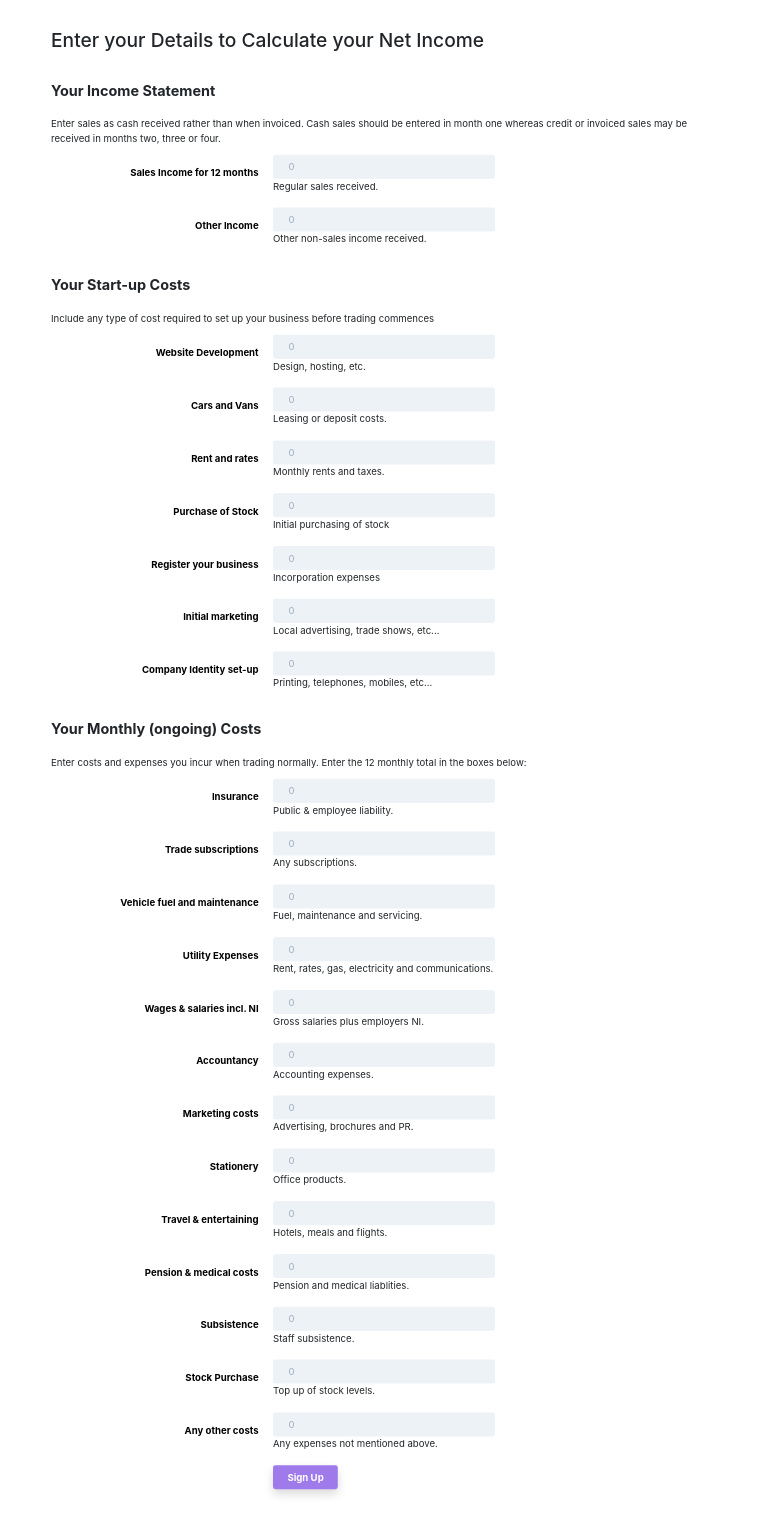
Repository: latenightsnacc/Financial-Forecast
Page: financial-forecast.html
An editor plug-in stored every save of this project. The page is shown before and after the next save, followed by the edit.
The browser window is 1280 px wide. The pictures show the whole page, at 60% of full size.

Above is the page before, as saved 2020-11-15 19:05:51.

### financial-forecast.html
<!DOCTYPE html>
<html lang="en">
<head>
    <meta charset="UTF-8">
    <meta name="viewport" content="width=device-width, initial-scale=1.0">
    <!--Tailwind CDN-->
    <link rel="stylesheet" href="https://cdnjs.cloudflare.com/ajax/libs/tailwindcss/1.9.6/base.min.css" integrity="sha512-hEjkvMSM0ql6VJcNK0gTmjt9ar8F2yHeBUbJKtyvQhkkbGMhiJ4+MaiB8XxsthLAHJx5vy2I9dN0un8HiWG2LA==" crossorigin="anonymous" />
    <link rel="stylesheet" href="https://cdnjs.cloudflare.com/ajax/libs/tailwindcss/1.9.6/components.min.css" integrity="sha512-TizAONqhvXjEfRPhptSUkZNVU497PzAnXNGNUoeOjeni4dHpJ+ak+ZsyoGna20LH/yg1PvdufN1VbnVQeVDftg==" crossorigin="anonymous" />
    <link rel="stylesheet" href="https://cdnjs.cloudflare.com/ajax/libs/tailwindcss/1.9.6/tailwind.css" integrity="sha512-HY1FOTeAX9idUBWDhVDrBg8QUHBisKVQ4BCVj1jFo5z76mk87w4Rr5YGP8nBkcGmoMzqYvdeXHMOg/olF45z3g==" crossorigin="anonymous" />
    <link rel="stylesheet" href="https://cdnjs.cloudflare.com/ajax/libs/tailwindcss/1.9.6/utilities.min.css" integrity="sha512-0QJfuLKyYJWGB5hKArJW67xqMLDlR8YaLM/ZuW2mRn4NRwHNsGm7UuREc5Fu7jONHyewPKnGODY0N8G+FQbfxg==" crossorigin="anonymous" />
    <!--Bootstrap CDN-->
    <link rel="stylesheet" href="https://cdn.jsdelivr.net/npm/bootstrap@4.5.3/dist/css/bootstrap.min.css" integrity="sha384-TX8t27EcRE3e/ihU7zmQxVncDAy5uIKz4rEkgIXeMed4M0jlfIDPvg6uqKI2xXr2" crossorigin="anonymous">
    <title>Financial Forecast |Resaads Consults - Think Millenial</title>
</head>
<body class="bg-black">
    <div class="container">
        <!--Navigation-->
    </div>
    <div class="wrapper py-5 bg-white">
        <div class="container">
            <h2 class="title">Enter your Details to Calculate your Net Income</h2>
        </div>
        <div class="container">
            <!--FORM-->
            <form class="w-full max-w-none">
            <!--NET INCOME-->
                <div class="font-bold text-2xl mt-5 mb-6">Your Income Statement</div>
                <p>Enter sales as cash received rather than when invoiced. Cash sales should be entered in month one whereas credit or invoiced sales may be received in months two, three or four.</p>
                <!--Sales Income-->
                <div class="md:flex md:items-center mb-6">
                  <div class="md:w-1/3">
                    <label class="block text-black font-bold md:text-right mb-1 md:mb-0 pr-4" for="inline-full-name" placeholder="0">
                      Sales Income for 12 months
                    </label>
                  </div>
                  <div class="md:w-1/3">
                    <input class="bg-gray-200 appearance-none border-2 border-gray-200 rounded w-full py-2 px-4 text-gray-700 leading-tight focus:outline-none focus:bg-white focus:border-grey-500" id="inline-full-name" type="text" placeholder="0">
                    <span class="eg">Regular sales received.</span>
                </div>
                </div>
                <!--Other Income-->
                <div class="md:flex md:items-center mb-6">
                    <div class="md:w-1/3">
                      <label class="block text-black font-bold md:text-right mb-1 md:mb-0 pr-4" for="inline-full-name" placeholder="0">
                        Other Income
                      </label>
                    </div>
                    <div class="md:w-1/3">
                      <input class="bg-gray-200 appearance-none border-2 border-gray-200 rounded w-full py-2 px-4 text-gray-700 leading-tight focus:outline-none focus:bg-white focus:border-grey-500" id="inline-full-name" type="text" placeholder="0">
                      <span class="eg">Other non-sales income received.</span>
                    </div>
                </div>
            <!--STARTUP COSTS-->
                <div class="title font-bold text-2xl mt-5 mb-6">Your Start-up Costs</div>
                <p>Include any type of cost required to set up your business before trading commences</p>
                <!--Website Development-->
                <div class="md:flex md:items-center mb-6">
                    <div class="md:w-1/3">
                        <label class="block text-black font-bold md:text-right mb-1 md:mb-0 pr-4" for="inline-full-name" placeholder="0">
                            Website Development
                        </label>
                    </div>
                    <div class="md:w-1/3">
                        <input class="bg-gray-200 appearance-none border-2 border-gray-200 rounded w-full py-2 px-4 text-gray-700 leading-tight focus:outline-none focus:bg-white focus:border-grey-500" id="inline-full-name" type="text" placeholder="0">
                        <span class="eg">Design, hosting, etc.</span>
                    </div>
                </div>
                <!--Website Development-->
                <div class="md:flex md:items-center mb-6">
                    <div class="md:w-1/3">
                        <label class="block text-black font-bold md:text-right mb-1 md:mb-0 pr-4" for="inline-full-name" placeholder="0">
                            Cars and Vans
                        </label>
                    </div>
                    <div class="md:w-1/3">
                        <input class="bg-gray-200 appearance-none border-2 border-gray-200 rounded w-full py-2 px-4 text-gray-700 leading-tight focus:outline-none focus:bg-white focus:border-grey-500" id="inline-full-name" type="text" placeholder="0">
                        <span class="eg">Leasing or deposit costs.</span>
                    </div>
                </div>
                <!--Website Development-->
                <div class="md:flex md:items-center mb-6">
                    <div class="md:w-1/3">
                        <label class="block text-black font-bold md:text-right mb-1 md:mb-0 pr-4" for="inline-full-name" placeholder="0">
                            Rent and rates
                        </label>
                    </div>
                    <div class="md:w-1/3">
                        <input class="bg-gray-200 appearance-none border-2 border-gray-200 rounded w-full py-2 px-4 text-gray-700 leading-tight focus:outline-none focus:bg-white focus:border-grey-500" id="inline-full-name" type="text" placeholder="0">
                        <span class="eg">Monthly rents and taxes.</span>
                    </div>

                </div>
                <!--Website Development-->
                <div class="md:flex md:items-center mb-6">
                    <div class="md:w-1/3">
                        <label class="block text-black font-bold md:text-right mb-1 md:mb-0 pr-4" for="inline-full-name" placeholder="0">
                            Purchase of Stock
                        </label>
                    </div>
                    <div class="md:w-1/3">
                        <input class="bg-gray-200 appearance-none border-2 border-gray-200 rounded w-full py-2 px-4 text-gray-700 leading-tight focus:outline-none focus:bg-white focus:border-grey-500" id="inline-full-name" type="text" placeholder="0">
                        <span class="eg">Initial purchasing of stock</span>
                    </div>

                </div>
                <!--Website Development-->
                <div class="md:flex md:items-center mb-6">
                    <div class="md:w-1/3">
                        <label class="block text-black font-bold md:text-right mb-1 md:mb-0 pr-4" for="inline-full-name" placeholder="0">
                            Register your business
                        </label>
                    </div>
                    <div class="md:w-1/3">
                        <input class="bg-gray-200 appearance-none border-2 border-gray-200 rounded w-full py-2 px-4 text-gray-700 leading-tight focus:outline-none focus:bg-white focus:border-grey-500" id="inline-full-name" type="text" placeholder="0">
                        <span class="eg">Incorporation expenses</span>
                    </div>

                </div>
                <!--Website Development-->
                <div class="md:flex md:items-center mb-6">
                    <div class="md:w-1/3">
                        <label class="block text-black font-bold md:text-right mb-1 md:mb-0 pr-4" for="inline-full-name" placeholder="0">
                            Initial marketing
                        </label>
                    </div>
                    <div class="md:w-1/3">
                        <input class="bg-gray-200 appearance-none border-2 border-gray-200 rounded w-full py-2 px-4 text-gray-700 leading-tight focus:outline-none focus:bg-white focus:border-grey-500" id="inline-full-name" type="text" placeholder="0">
                        <span class="eg">Local advertising, trade shows, etc...</span>
                    </div>
                </div>
                <!--Website Development-->
                <div class="md:flex md:items-center mb-6">
                    <div class="md:w-1/3">
                        <label class="block text-black font-bold md:text-right mb-1 md:mb-0 pr-4" for="inline-full-name" placeholder="0">
                            Company Identity set-up
                        </label>
                    </div>
                    <div class="md:w-1/3">
                        <input class="bg-gray-200 appearance-none border-2 border-gray-200 rounded w-full py-2 px-4 text-gray-700 leading-tight focus:outline-none focus:bg-white focus:border-grey-500" id="inline-full-name" type="text" placeholder="0">
                        <span class="eg">Printing, telephones, mobiles, etc...</span>
                    </div>
                </div>
            <!--MONTHLY COSTS-->
                <div class="title font-bold text-2xl mt-5 mb-6">Your Monthly (ongoing) Costs</div>
                <p>Enter costs and expenses you incur when trading normally. Enter the 12 monthly total in the boxes below:</p>
                <!--Website Development-->
                <div class="md:flex md:items-center mb-6">
                    <div class="md:w-1/3">
                        <label class="block text-black font-bold md:text-right mb-1 md:mb-0 pr-4" for="inline-full-name" placeholder="0">
                            Insurance
                        </label>
                    </div>
                    <div class="md:w-1/3">
                        <input class="bg-gray-200 appearance-none border-2 border-gray-200 rounded w-full py-2 px-4 text-gray-700 leading-tight focus:outline-none focus:bg-white focus:border-grey-500" id="inline-full-name" type="text" placeholder="0">
                        <span class="eg">Public & employee liability.</span>
                    </div>
                </div>
                <!--Website Development-->
                <div class="md:flex md:items-center mb-6">
                    <div class="md:w-1/3">
                        <label class="block text-black font-bold md:text-right mb-1 md:mb-0 pr-4" for="inline-full-name" placeholder="0">
                            Trade subscriptions
                        </label>
                    </div>
                    <div class="md:w-1/3">
                        <input class="bg-gray-200 appearance-none border-2 border-gray-200 rounded w-full py-2 px-4 text-gray-700 leading-tight focus:outline-none focus:bg-white focus:border-grey-500" id="inline-full-name" type="text" placeholder="0">
                        <span class="eg">Any subscriptions.</span>
                    </div>
                </div>
                <!--Website Development-->
                <div class="md:flex md:items-center mb-6">
                    <div class="md:w-1/3">
                        <label class="block text-black font-bold md:text-right mb-1 md:mb-0 pr-4" for="inline-full-name" placeholder="0">
                            Vehicle fuel and maintenance
                        </label>
                    </div>
                    <div class="md:w-1/3">
                        <input class="bg-gray-200 appearance-none border-2 border-gray-200 rounded w-full py-2 px-4 text-gray-700 leading-tight focus:outline-none focus:bg-white focus:border-grey-500" id="inline-full-name" type="text" placeholder="0">
                        <span class="eg">Fuel, maintenance and servicing.</span>
                    </div>

                </div>
                <!--Website Development-->
                <div class="md:flex md:items-center mb-6">
                    <div class="md:w-1/3">
                        <label class="block text-black font-bold md:text-right mb-1 md:mb-0 pr-4" for="inline-full-name" placeholder="0">
                            Utility Expenses
                        </label>
                    </div>
                    <div class="md:w-1/3">
                        <input class="bg-gray-200 appearance-none border-2 border-gray-200 rounded w-full py-2 px-4 text-gray-700 leading-tight focus:outline-none focus:bg-white focus:border-grey-500" id="inline-full-name" type="text" placeholder="0">
                        <span class="eg">Rent, rates, gas, electricity and communications.</span>
                    </div>

                </div>
                <!--Website Development-->
                <div class="md:flex md:items-center mb-6">
                    <div class="md:w-1/3">
                        <label class="block text-black font-bold md:text-right mb-1 md:mb-0 pr-4" for="inline-full-name" placeholder="0">
                            Wages & salaries incl. NI
                        </label>
                    </div>
                    <div class="md:w-1/3">
                        <input class="bg-gray-200 appearance-none border-2 border-gray-200 rounded w-full py-2 px-4 text-gray-700 leading-tight focus:outline-none focus:bg-white focus:border-grey-500" id="inline-full-name" type="text" placeholder="0">
                        <span class="eg">Gross salaries plus employers NI.</span>
                    </div>

                </div>
                <!--Website Development-->
                <div class="md:flex md:items-center mb-6">
                    <div class="md:w-1/3">
                        <label class="block text-black font-bold md:text-right mb-1 md:mb-0 pr-4" for="inline-full-name" placeholder="0">
                            Accountancy
                        </label>
                    </div>
                    <div class="md:w-1/3">
                        <input class="bg-gray-200 appearance-none border-2 border-gray-200 rounded w-full py-2 px-4 text-gray-700 leading-tight focus:outline-none focus:bg-white focus:border-grey-500" id="inline-full-name" type="text" placeholder="0">
                        <span class="eg">Accounting expenses.</span>
                    </div>
                </div>
                <!--Website Development-->
                <div class="md:flex md:items-center mb-6">
                    <div class="md:w-1/3">
                        <label class="block text-black font-bold md:text-right mb-1 md:mb-0 pr-4" for="inline-full-name" placeholder="0">
                           Marketing costs
                        </label>
                    </div>
                    <div class="md:w-1/3">
                        <input class="bg-gray-200 appearance-none border-2 border-gray-200 rounded w-full py-2 px-4 text-gray-700 leading-tight focus:outline-none focus:bg-white focus:border-grey-500" id="inline-full-name" type="text" placeholder="0">
                        <span class="eg">Advertising, brochures and PR.</span>
                    </div>
                </div>
                <!--Website Development-->
                <div class="md:flex md:items-center mb-6">
                    <div class="md:w-1/3">
                        <label class="block text-black font-bold md:text-right mb-1 md:mb-0 pr-4" for="inline-full-name" placeholder="0">
                            Stationery
                        </label>
                    </div>
                    <div class="md:w-1/3">
                        <input class="bg-gray-200 appearance-none border-2 border-gray-200 rounded w-full py-2 px-4 text-gray-700 leading-tight focus:outline-none focus:bg-white focus:border-grey-500" id="inline-full-name" type="text" placeholder="0">
                        <span class="eg">Office products.</span>
                    </div>
                </div>
                <!--Website Development-->
                <div class="md:flex md:items-center mb-6">
                    <div class="md:w-1/3">
                        <label class="block text-black font-bold md:text-right mb-1 md:mb-0 pr-4" for="inline-full-name" placeholder="0">
                            Travel & entertaining
                        </label>
                    </div>
                    <div class="md:w-1/3">
                        <input class="bg-gray-200 appearance-none border-2 border-gray-200 rounded w-full py-2 px-4 text-gray-700 leading-tight focus:outline-none focus:bg-white focus:border-grey-500" id="inline-full-name" type="text" placeholder="0">
                        <span class="eg">Hotels, meals and flights.</span>
                    </div>
                </div>
                <!--Website Development-->
                <div class="md:flex md:items-center mb-6">
                    <div class="md:w-1/3">
                        <label class="block text-black font-bold md:text-right mb-1 md:mb-0 pr-4" for="inline-full-name" placeholder="0">
                            Pension & medical costs
                        </label>
                    </div>
                    <div class="md:w-1/3">
                        <input class="bg-gray-200 appearance-none border-2 border-gray-200 rounded w-full py-2 px-4 text-gray-700 leading-tight focus:outline-none focus:bg-white focus:border-grey-500" id="inline-full-name" type="text" placeholder="0">
                        <span class="eg">Pension and medical liablities.</span>
                    </div>
                </div>
                <!--Website Development-->
                <div class="md:flex md:items-center mb-6">
                    <div class="md:w-1/3">
                        <label class="block text-black font-bold md:text-right mb-1 md:mb-0 pr-4" for="inline-full-name" placeholder="0">
                            Subsistence
                        </label>
                    </div>
                    <div class="md:w-1/3">
                        <input class="bg-gray-200 appearance-none border-2 border-gray-200 rounded w-full py-2 px-4 text-gray-700 leading-tight focus:outline-none focus:bg-white focus:border-grey-500" id="inline-full-name" type="text" placeholder="0">
                        <span class="eg">Staff subsistence.</span>
                    </div>
                </div>
                <!--Website Development-->
                <div class="md:flex md:items-center mb-6">
                    <div class="md:w-1/3">
                        <label class="block text-black font-bold md:text-right mb-1 md:mb-0 pr-4" for="inline-full-name" placeholder="0">
                            Stock Purchase
                        </label>
                    </div>
                    <div class="md:w-1/3">
                        <input class="bg-gray-200 appearance-none border-2 border-gray-200 rounded w-full py-2 px-4 text-gray-700 leading-tight focus:outline-none focus:bg-white focus:border-grey-500" id="inline-full-name" type="text" placeholder="0">
                        <span class="eg">Top up of stock levels.</span>
                    </div>
                </div>
                <!--Website Development-->
                <div class="md:flex md:items-center mb-6">
                    <div class="md:w-1/3">
                        <label class="block text-black font-bold md:text-right mb-1 md:mb-0 pr-4" for="inline-full-name" placeholder="0">
                            Any other costs
                        </label>
                    </div>
                    <div class="md:w-1/3">
                        <input class="bg-gray-200 appearance-none border-2 border-gray-200 rounded w-full py-2 px-4 text-gray-700 leading-tight focus:outline-none focus:bg-white focus:border-grey-500" id="inline-full-name" type="text" placeholder="0">
                        <span class="eg">Any expenses not mentioned above.</span>
                    </div>
                </div>
                <!--Calculate Button-->
                <div class="md:flex md:items-center">
                    <div class="md:w-1/3"></div>
                    <div class="md:w-2/3">
                      <button class="shadow bg-purple-500 hover:bg-purple-400 focus:shadow-outline focus:outline-none text-white font-bold py-2 px-4 rounded" type="button">
                        Sign Up
                      </button>
                    </div>
                  </div>
            </form>
        </div>
    </div>
    <!--Bootstrap Scripts-->
    <script src="https://code.jquery.com/jquery-3.5.1.slim.min.js" integrity="sha384-DfXdz2htPH0lsSSs5nCTpuj/zy4C+OGpamoFVy38MVBnE+IbbVYUew+OrCXaRkfj" crossorigin="anonymous"></script>
    <script src="https://cdn.jsdelivr.net/npm/popper.js@1.16.1/dist/umd/popper.min.js" integrity="sha384-9/reFTGAW83EW2RDu2S0VKaIzap3H66lZH81PoYlFhbGU+6BZp6G7niu735Sk7lN" crossorigin="anonymous"></script>
    <script src="https://cdn.jsdelivr.net/npm/bootstrap@4.5.3/dist/js/bootstrap.min.js" integrity="sha384-w1Q4orYjBQndcko6MimVbzY0tgp4pWB4lZ7lr30WKz0vr/aWKhXdBNmNb5D92v7s" crossorigin="anonymous"></script>
</body>
</html>

After the next save:
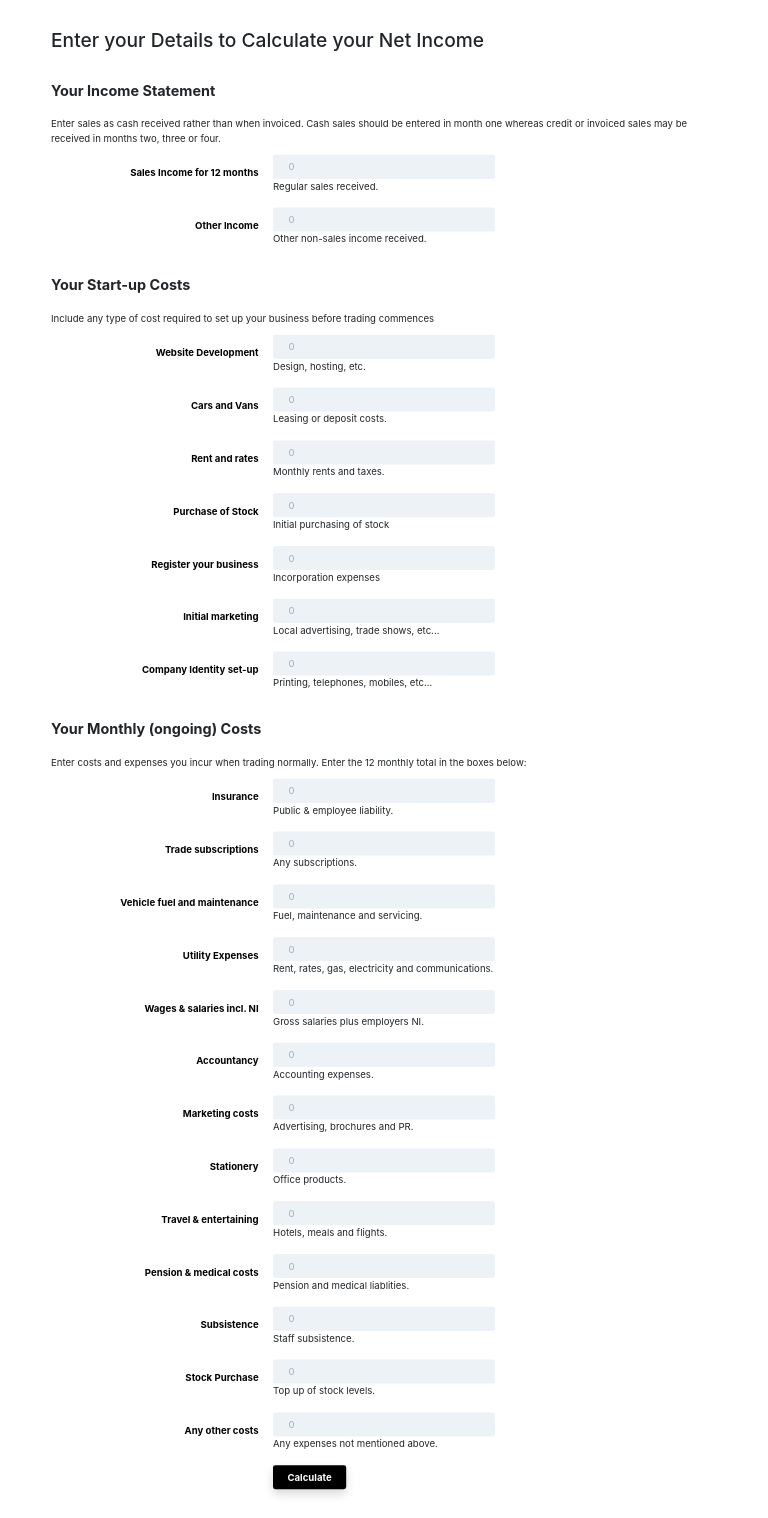
Saved 11 min 59 s later.
--- a/financial-forecast.html
+++ b/financial-forecast.html
@@ -306,8 +306,8 @@
                 <div class="md:flex md:items-center">
                     <div class="md:w-1/3"></div>
                     <div class="md:w-2/3">
-                      <button class="shadow bg-purple-500 hover:bg-purple-400 focus:shadow-outline focus:outline-none text-white font-bold py-2 px-4 rounded" type="button">
-                        Sign Up
+                      <button class="shadow bg-black hover:bg-black-500 focus:shadow-outline focus:outline-none text-white font-bold py-2 px-4 rounded" type="button">
+                        Calculate
                       </button>
                     </div>
                   </div>
